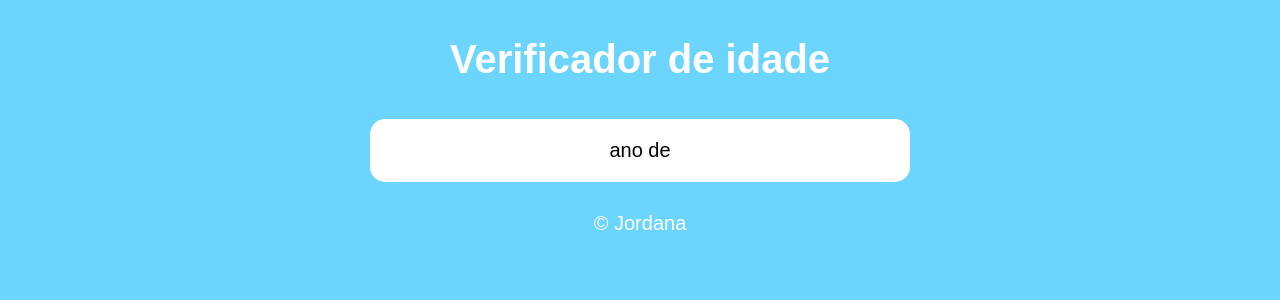
Repository: Iamjordana/Curso-JavaScript
Page: desafio/d02/index.html
These files come from the project's save history. The page is drawn as it stood at one moment and after the next save; the edit follows.
The browser window is 1280 px wide. The pictures show the whole page.

Above is the page before, as saved 2025-02-20 13:37:26.

### desafio/d02/index.html
<!DOCTYPE html>
<html lang="pt-br">
<head>
    <meta charset="UTF-8">
    <meta name="viewport" content="width=device-width, initial-scale=1.0">
    <title>Modelo Exercicio 2</title>
    <link rel="stylesheet" href="style.css">
</head>
<body>
    <header>
        <h1>Verificador de idade</h1>
    </header>
    <section>
        <div>
           ano de
        </div>
        <div id="res">

        </div>
    </section>
    <footer>
        <p>&copy; Jordana</p>
    </footer>
    <script src="script.js"></script>
</body>
</html>

### desafio/d02/style.css
@charset "UTF-8";

body {
  font: normal 15pt Arial, sans-serif;
  background-color: #6bd5ff;
  margin: 0;
  padding: 0;
}

header {
  color: white;
  text-align: center;
  padding: 10px 0;
}

div {
  margin: 0 auto;
  width: 80%;
  text-align: center;
}

section {
  background-color: white;
  padding: 20px;
  border-radius: 15px;
  width: 500px;
  margin: auto;
}

footer {
  color: #ffffff;
  text-align: center;
  padding: 10px 0;
  border-radius: 15px;
}

Loaded but not shown: desafio/d02/script.js (no copy from this time; the picture is the same without it)

After the next save:
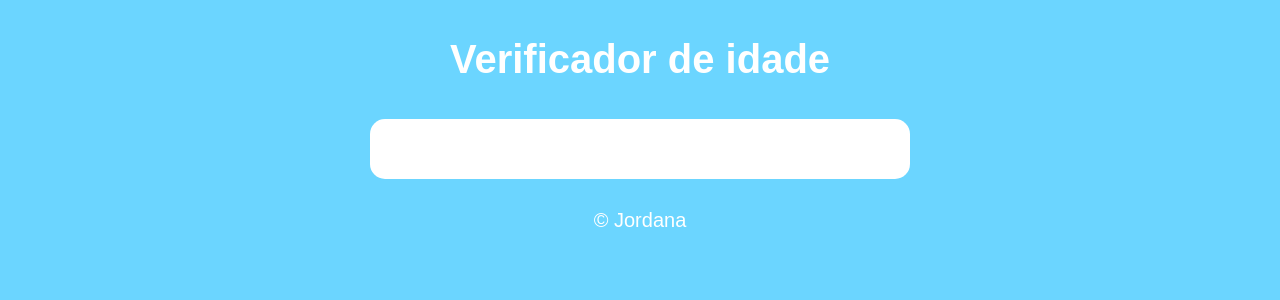
Saved 9 s later.
--- a/desafio/d02/index.html
+++ b/desafio/d02/index.html
@@ -12,7 +12,7 @@
     </header>
     <section>
         <div>
-           ano de
+           <p></p>
         </div>
         <div id="res">
 
